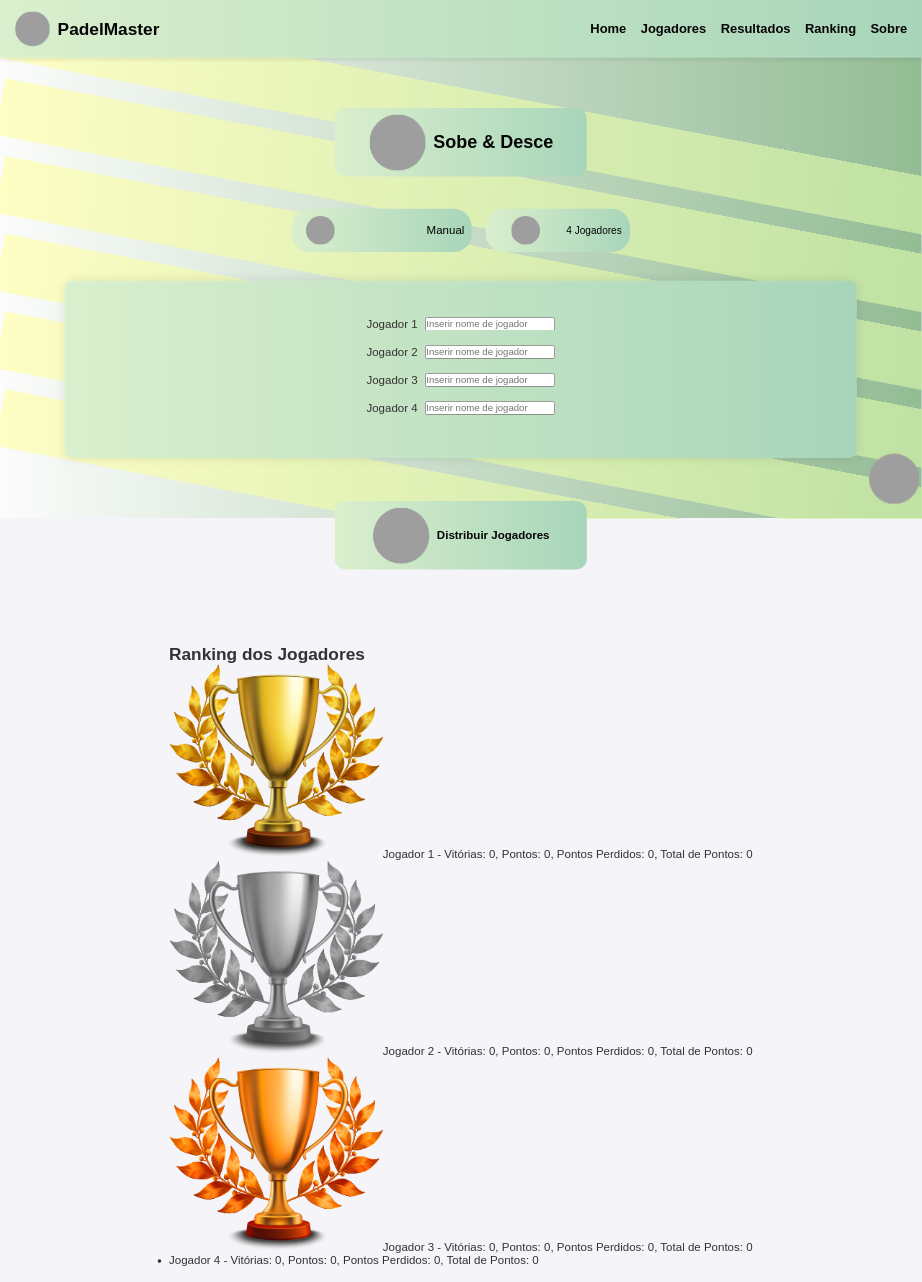
Repository: MarcioMiguel22/PadelMaster
Page: /4-jogadores
The author's editor kept a copy of each file at every save. The page is drawn from the files as they stood at one save, then again after the next save.
The browser window is 1280 px wide. The pictures show the whole page, at 72% of full size.
Pictures or frames that could not be fetched are drawn as grey boxes. The project was rebuilt for these pictures with package versions that can differ from the ones it lists, and the page was loaded fresh each time. Also part of the build but not shown: vite.config.ts, src/components/components_calculadora/AnimatedButton.module.css, src/components/components_calculadora/AnimationContext.tsx, src/utils/hooks/useAnimation.ts, src/components/components_calculadora/AnimatedButton.tsx, src/components/components_calculadora/Background_home.tsx, src/pages/Home/Home.tsx, src/components/components_calculadora/Jogo.module.css and 38 more.

Above is the page before, as saved 2024-06-28 21:53:48.

After the next save:
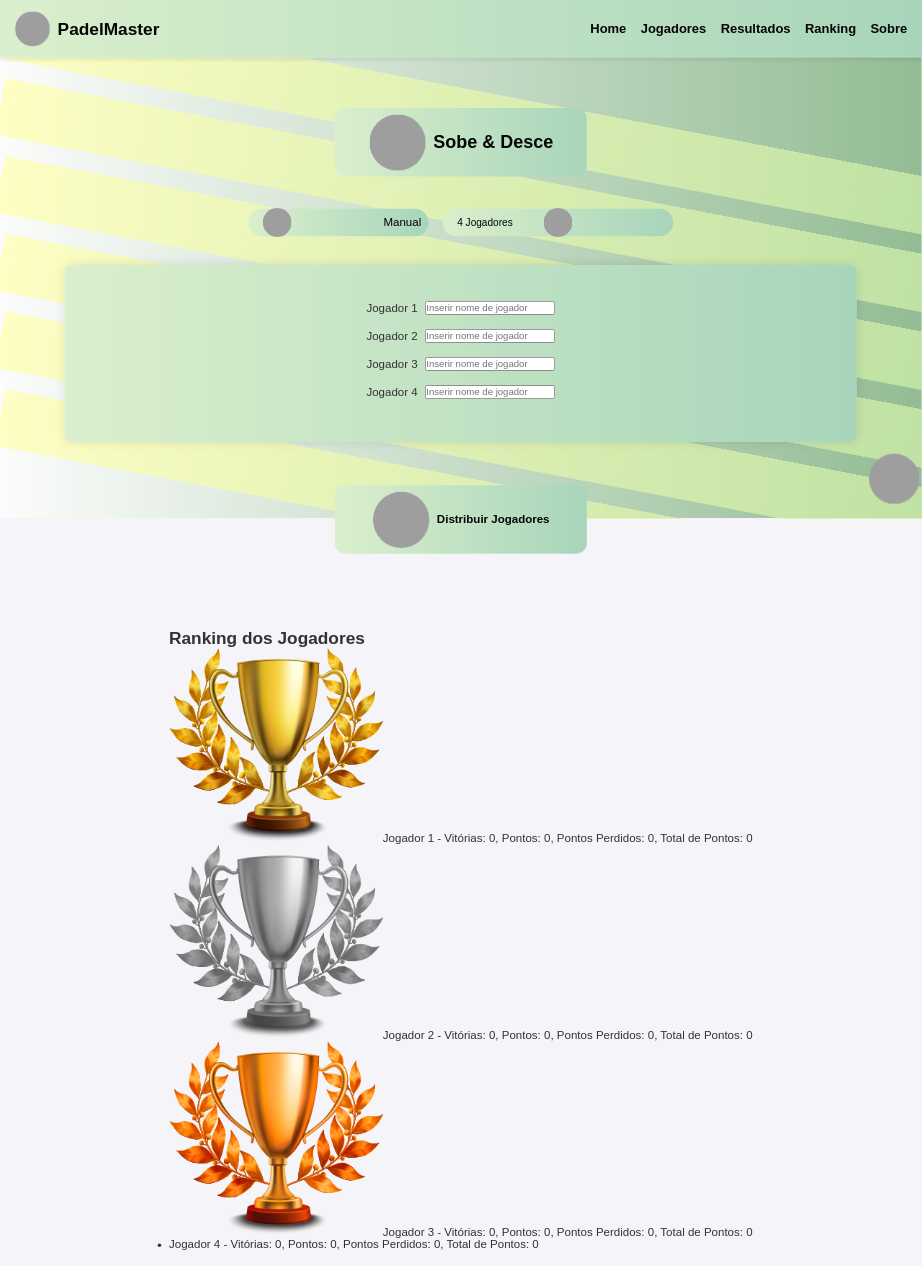
Saved 7 min 4 s later.
--- a/src/components/components_calculadora/PlayerSelector.module.css
+++ b/src/components/components_calculadora/PlayerSelector.module.css
@@ -1,8 +1,8 @@
 .selectorContainer {
   display: flex;
   align-items: center;
-  justify-content: center;
-  width: 200px;
+  justify-content: space-between;
+  width: 320px; /* Ajustar a largura conforme necessário */
   padding: 10px;
   background: linear-gradient(to right, #daefcd, #a8d5ba);
   border-radius: 25px;
@@ -11,29 +11,51 @@
 }
 
 .bolaContainer {
+  position: absolute;
+  top: 0;
+  left: 0;
   width: 100%;
+  height: 100%;
   display: flex;
   align-items: center;
-  justify-content: center;
-  cursor: pointer;
+  justify-content: center; /* Adicionar para centralizar a bola verticalmente */
 }
 
 .bola {
   width: 40px;
   height: 40px;
   border-radius: 50%;
+  position: absolute;
+  top: 50%;
+  transform: translateY(-50%);
+  transition: left 0.6s ease, transform 0.6s ease; /* Adicionar uma transição mais suave */
+}
+
+.option4 {
+  left: 15px;
+  transform: rotate(0deg); /* Adicionar rotação inicial */
+}
+
+.option8 {
+  left: calc(50% - 20px); /* Centraliza a bola */
+  transform: rotate(360deg); /* Adicionar rotação completa */
+}
+
+.option12 {
+  left: calc(100% - 55px); /* 100% width - bola width - padding */
+  transform: rotate(720deg); /* Adicionar rotação completa dupla */
 }
 
 .options {
   display: flex;
-  justify-content: center;
+  justify-content: space-between;
   width: 100%;
 }
 
 .optionText {
-  font-size: 14px;
+  font-size: 14px; /* Ajustar o tamanho da fonte para melhor ajuste */
   color: rgb(6, 6, 6);
-  margin-left: 10px;
+  margin: 0 10px;
   white-space: nowrap;
-  cursor: default;
+  cursor: default; /* Cursor padrão para o texto */
 }
